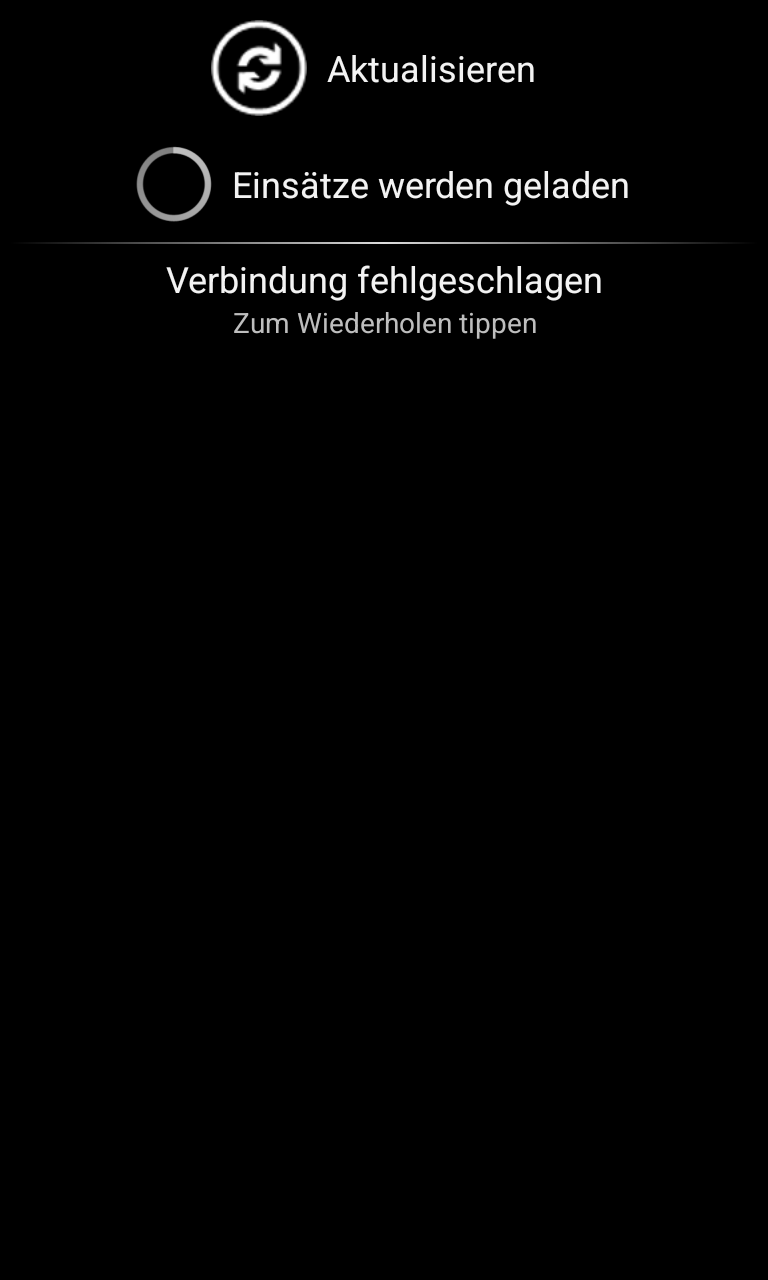
Repository: dwonisch/firefighterapp
Layout: FireFighter/res/layout/main.xml
The author's editor kept a copy of each file at every save. The layout is drawn from the files as they stood at one save, then again after the next save.
It is drawn on a 768 x 1280 px phone screen (xhdpi) without system bars, with theme android:Theme.Holo; the app's code is not run. Lists and similar views that code fills are empty.

Above is the layout before, as saved 2012-10-11 18:54:02.

After the next save:
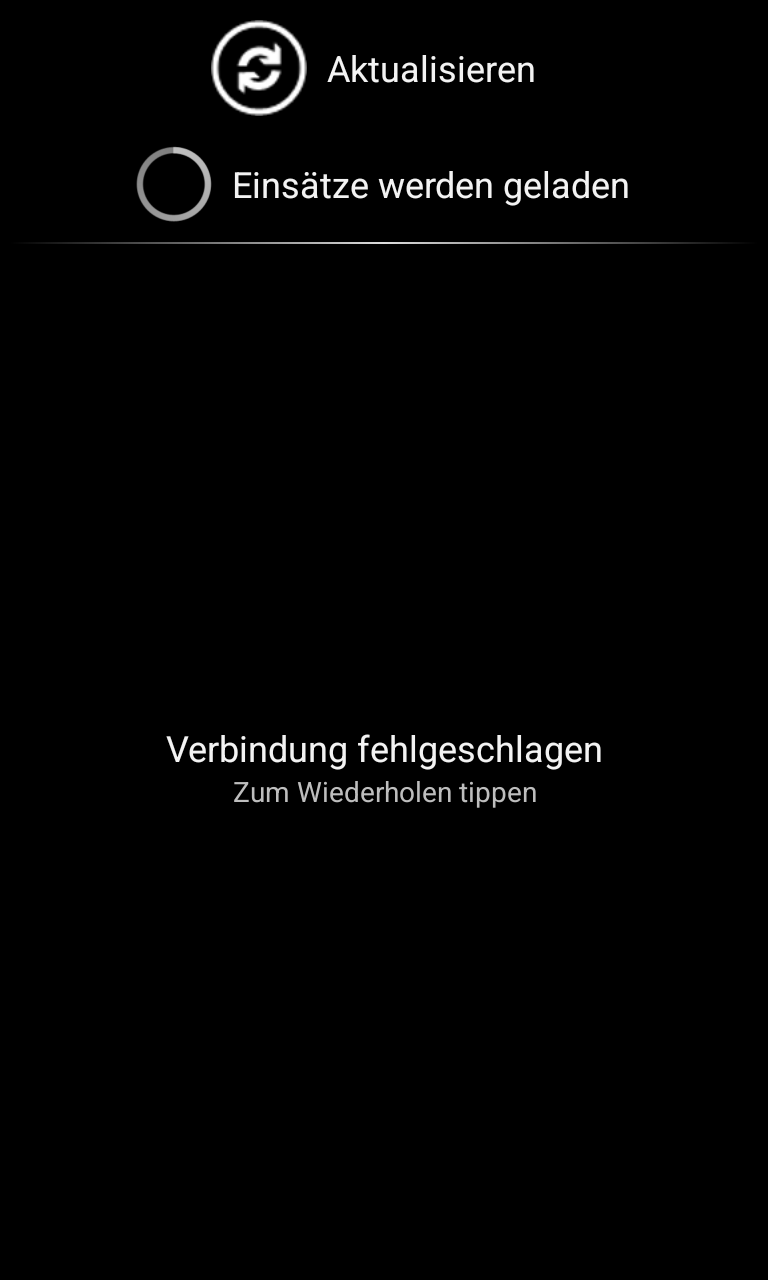
Saved 2 min 58 s later.
--- a/FireFighter/res/layout/main.xml
+++ b/FireFighter/res/layout/main.xml
@@ -71,7 +71,7 @@
         android:layout_width="fill_parent"
         android:layout_height="fill_parent"
         android:layout_gravity="center_vertical|center_horizontal"
-        android:gravity="bottom|center_horizontal|center_vertical|fill_vertical"
+        android:gravity="center_horizontal|center_vertical"
         android:onClick="onRefresh"
         android:orientation="vertical" >
 
